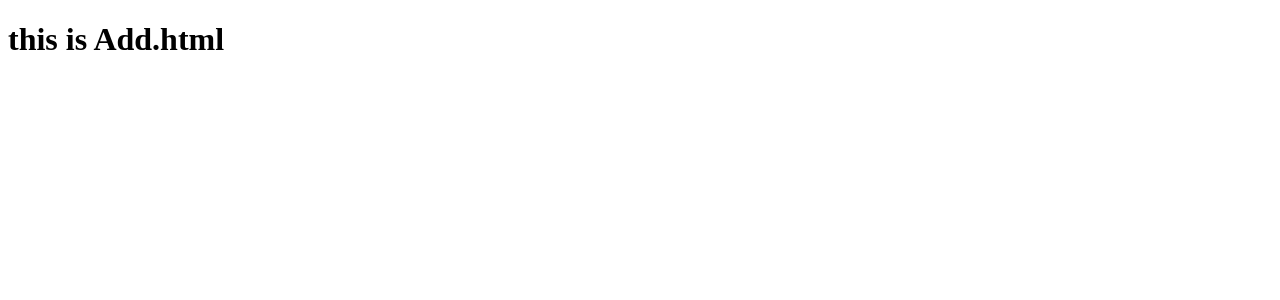
Repository: jks2127/SMS-webApp
Page: sms 1.2/WebContent/Add.html
These files come from the project's save history. The page is drawn as it stood at one moment and after the next save; the edit follows.
The browser window is 1280 px wide. The pictures show the whole page.

Above is the page before, as saved 2021-06-12 09:49:20.

### sms 1.2/WebContent/Add.html
<!DOCTYPE html>
<html>
<head>
<meta charset="ISO-8859-1">
<title>Insert title here</title>
</head>
<body>
	<h1> this is Add.html</h1>
	<form action="Add">

	</form>
</body>
</html>

After the next save:
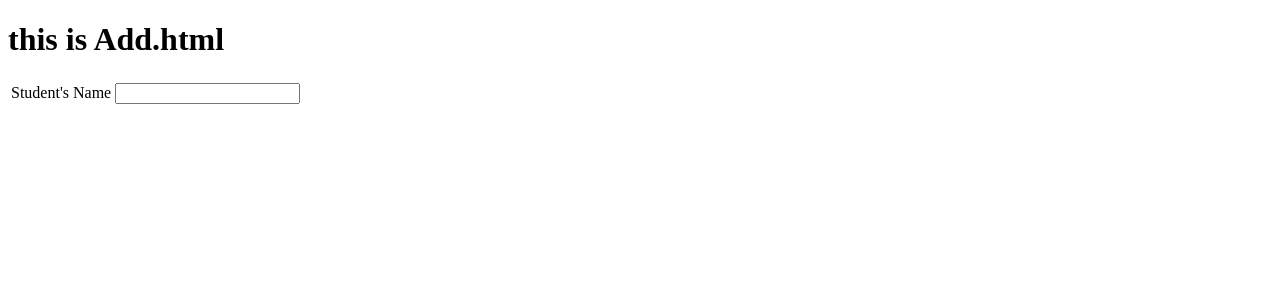
Saved 3 min 14 s later.
--- a/sms 1.2/WebContent/Add.html
+++ b/sms 1.2/WebContent/Add.html
@@ -7,7 +7,12 @@
 <body>
 	<h1> this is Add.html</h1>
 	<form action="Add">
-
+		<table>
+			<tr>
+				<td>Student's Name</td>
+				<td><input type="text" name="st_name"></td>
+			</tr>
+		</table>
 	</form>
 </body>
 </html>
